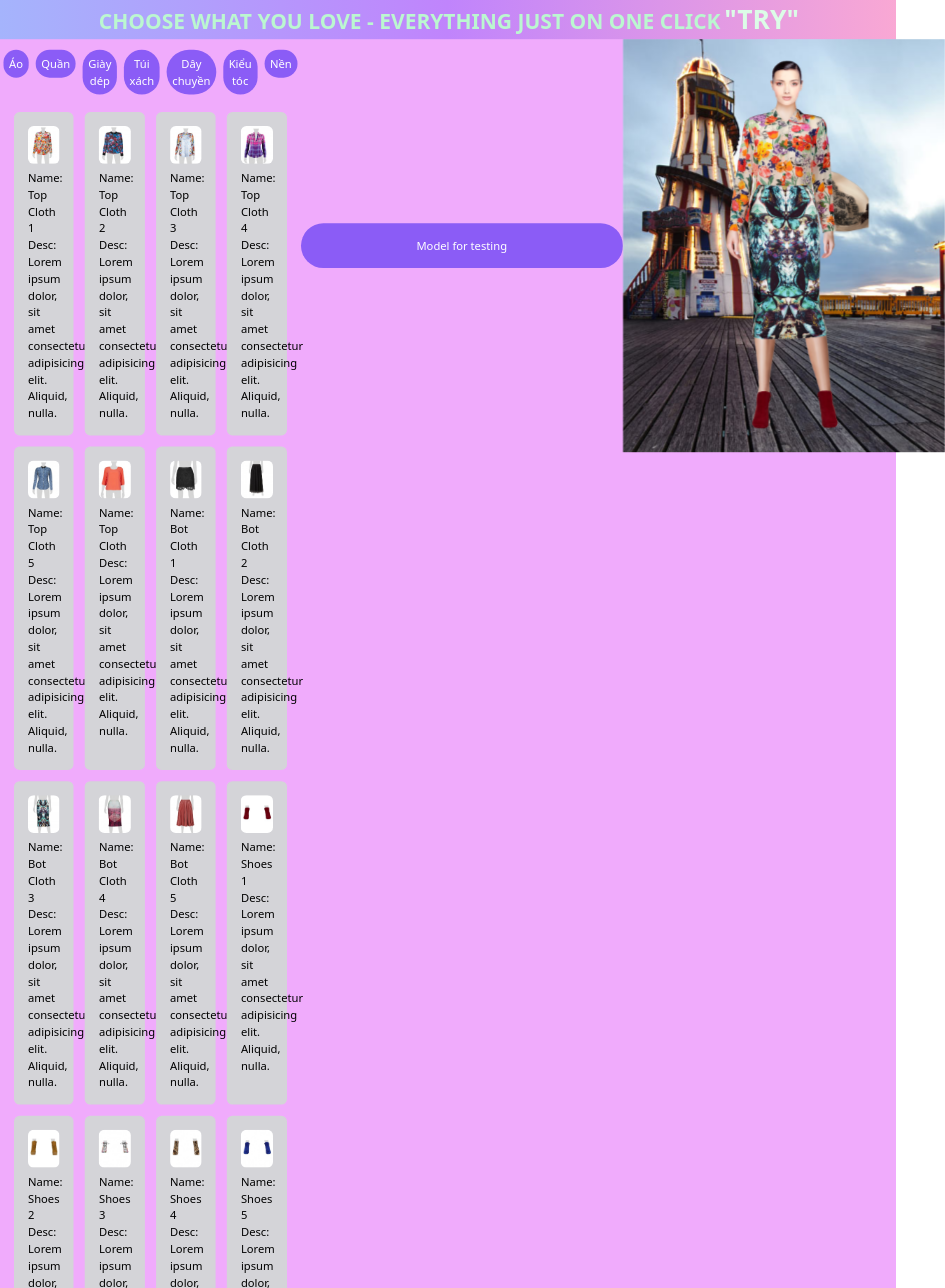
Repository: NguyenVietPhuQuy/ReactJs-TailWind-Redux-FunctionHook-ModelDesign
Page: / (app in modeldesign/)
An editor plug-in stored every save of this project. The page is shown before and after the next save, followed by the edit.
The browser window is 1280 px wide. The page is 1350 px wide, then 1280 px, so the pictures cover 1350 px, including what lies to the right of the window. The pictures show the part of the page from y = 0 to 1840 px (the page is 3902 px tall before and 3468 px after), at 70% of full size.
The project was rebuilt for these pictures with package versions that can differ from the ones it lists, and the page was loaded fresh each time. Also part of the build but not shown: modeldesign/src/App.css.

Above is the page before, as saved 2022-11-17 16:44:38.

After the next save:
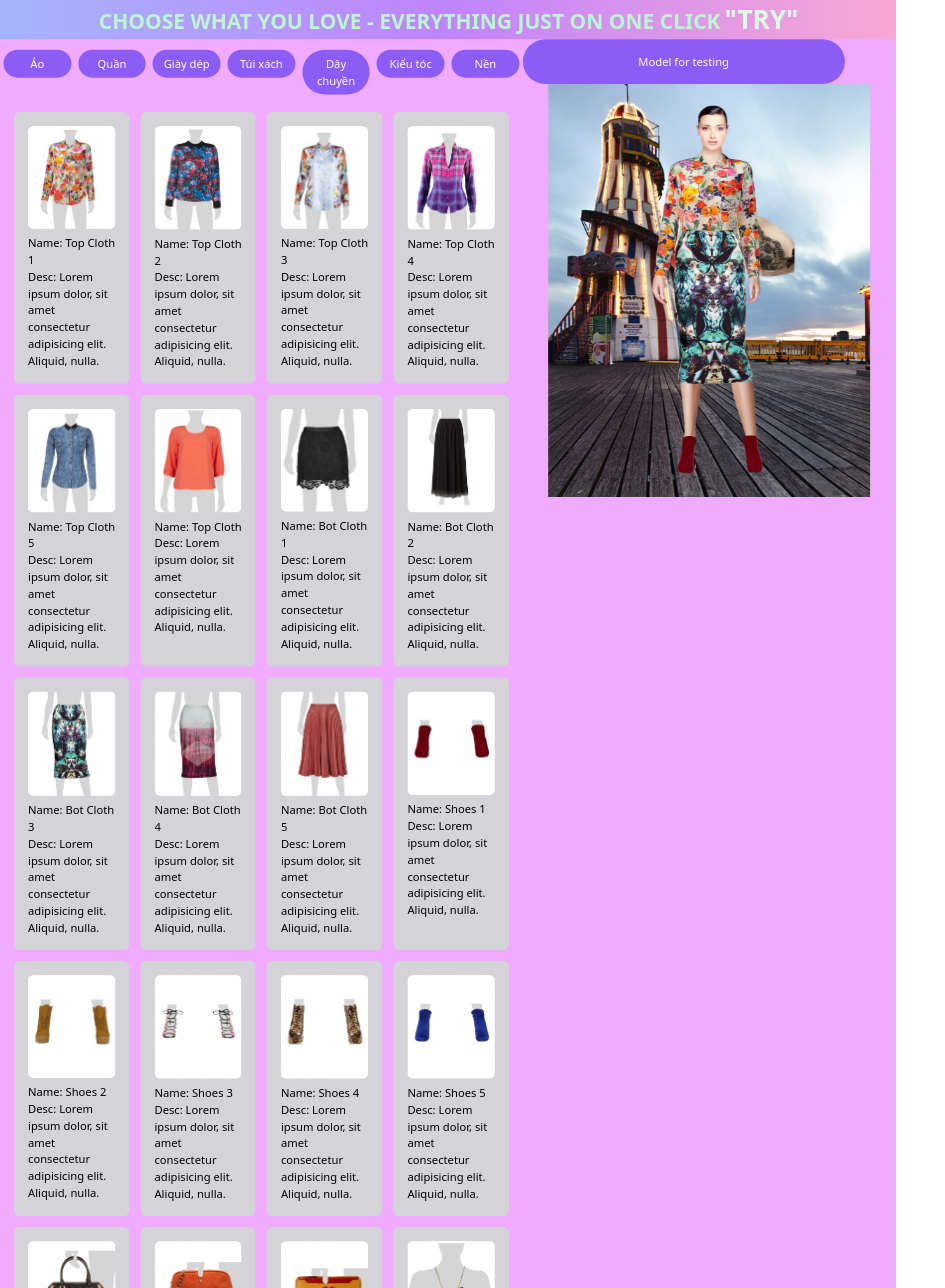
Saved 9 s later.
--- a/modeldesign/src/Components/Model.js
+++ b/modeldesign/src/Components/Model.js
@@ -2,7 +2,7 @@ import React from "react";
 import './Model.css'
 function Model() {
     return (
-        <div className="justify-center items-center flex">
+        <div className="justify-center items-center">
             <div className="text-center p-5 rounded-full text-white hover:text-pink-100
                          bg-violet-500 hover:bg-violet-600 active:bg-violet-700 focus:outline-none
                          ease-in duration-200 justify-center items-center flex"
